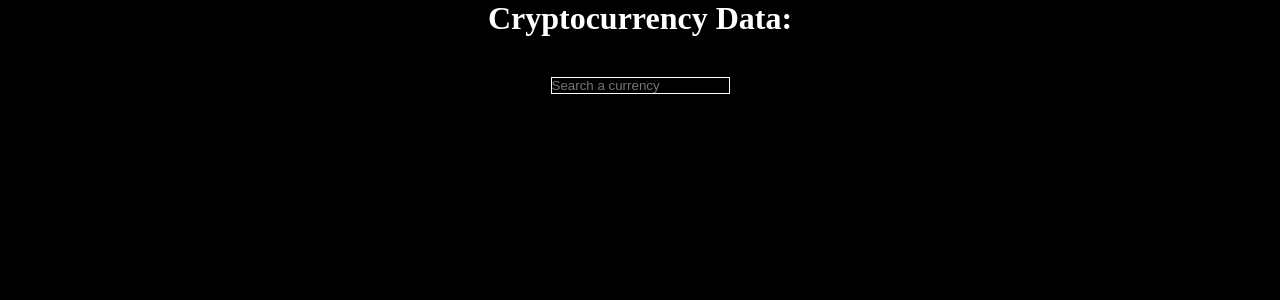
Repository: alejandroacd/cryptocurrency-market
Page: /
These files come from the project's save history. The page is drawn as it stood at one moment and after the next save; the edit follows.
The browser window is 1280 px wide. The pictures show the whole page.
The page's requests for data from a server got no answer. The project was rebuilt for these pictures with package versions that can differ from the ones it lists, and the page was loaded fresh each time. No one was signed in, and anything a server would have sent is missing. Also part of the build but not shown: src/Currency.css, src/Currency.js.

Above is the page before, as saved 2021-06-29 15:27:24.

After the next save:
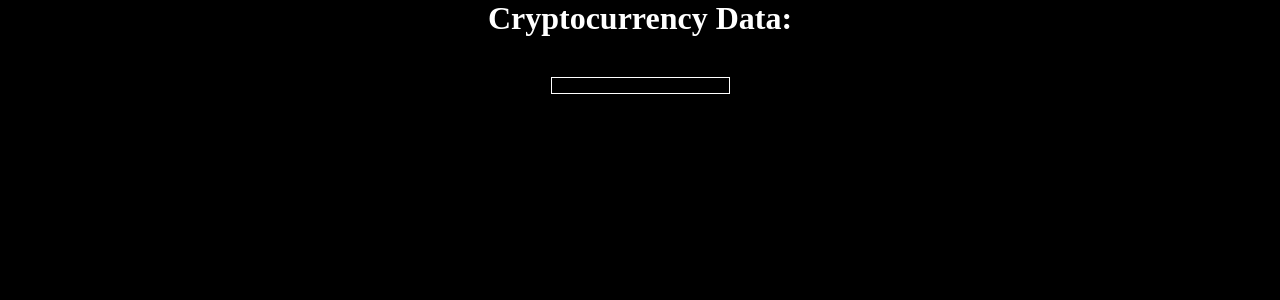
Saved 17 days later.
--- a/src/App.js
+++ b/src/App.js
@@ -31,7 +31,7 @@ function App() {
       <h1>Cryptocurrency Data:</h1>
       <div className='input-container'>
         <form>
-          <input  className='crypto_name' placeholder="Search a currency" type="text" onChange={handleChange}></input>
+          <input  className='crypto_name' plaxceholder="Search a currency" type="text" onChange={handleChange}></input>
         </form>
       </div>
       {finalValues.map(value => {
